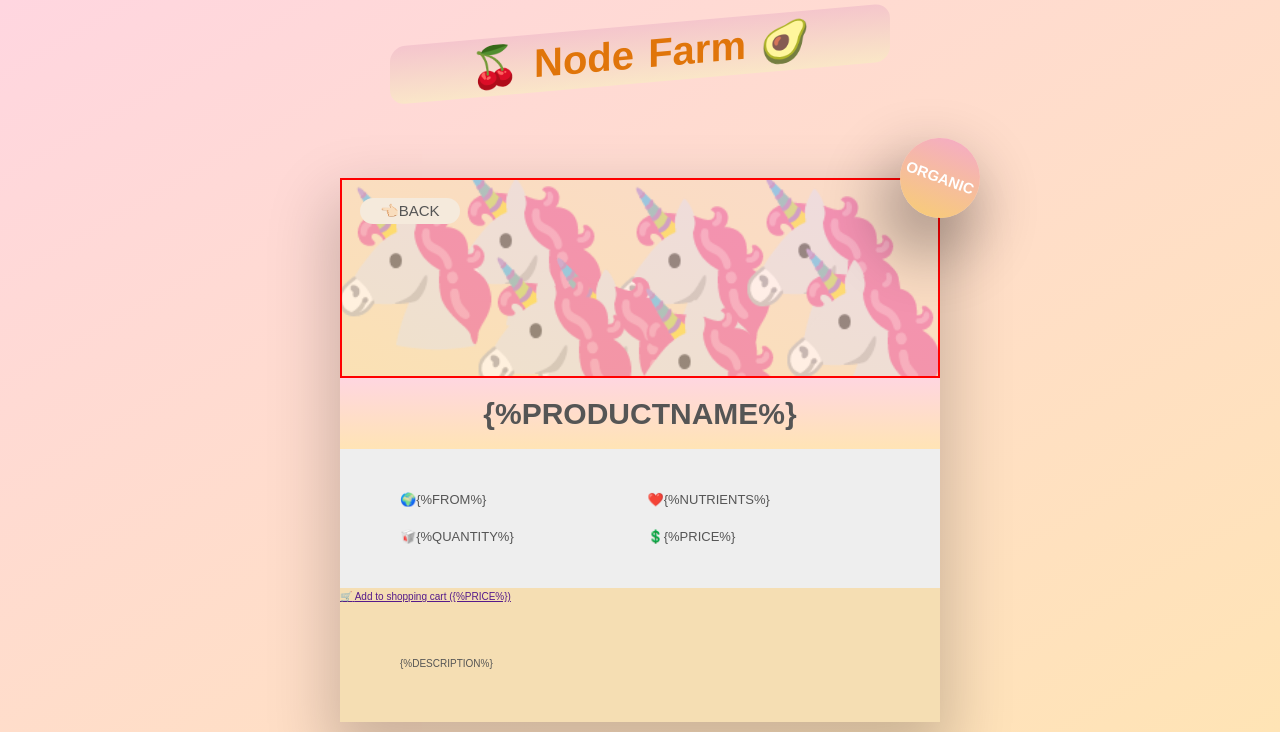
Repository: Kubraaygun/NodeFarm_Backend
Page: templates/product.html
The author's editor kept a copy of each file at every save. The page is drawn from the files as they stood at one save, then again after the next save.
The browser window is 1280 px wide. The pictures show the whole page.

Above is the page before, as saved 2025-09-09 23:06:47.

After the next save:
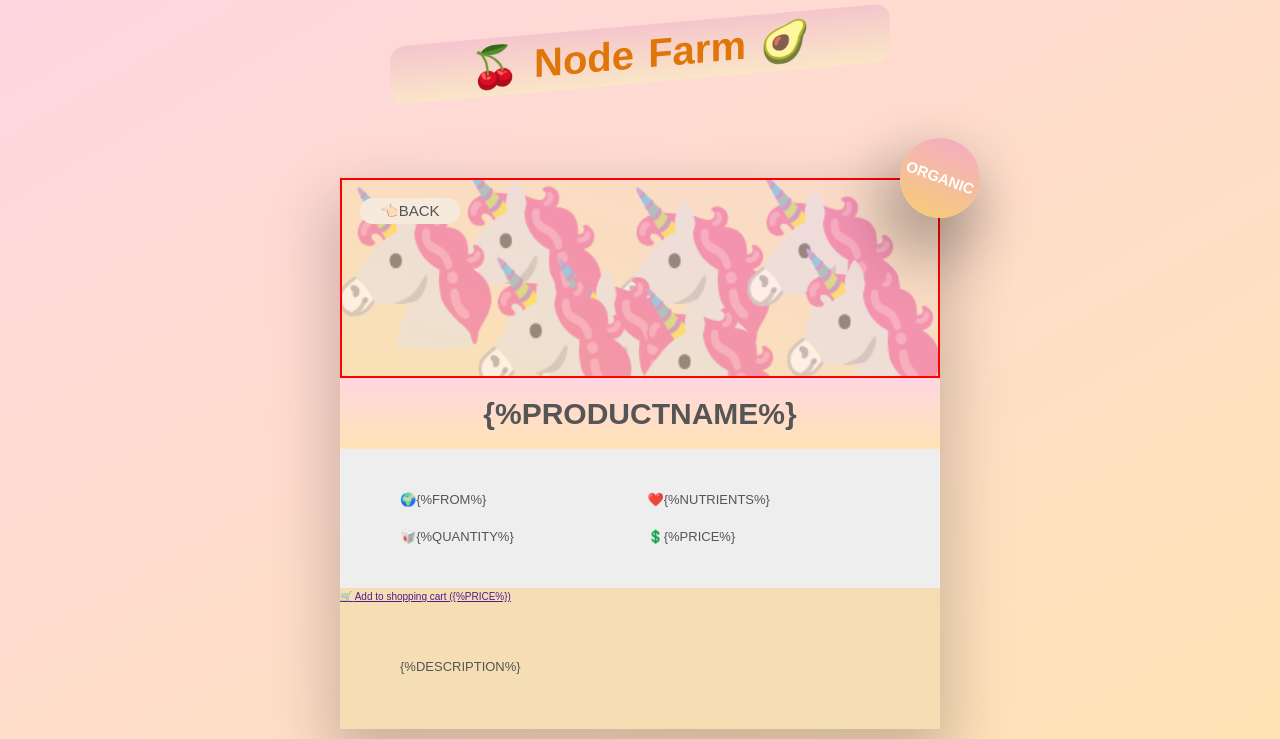
Saved 14 s later.
--- a/templates/product.html
+++ b/templates/product.html
@@ -187,6 +187,8 @@
       }
       .product__description {
         padding: 5rem 6rem;
+        font-size: 1.3rem;
+        line-height: 1.8;
       }
     </style>
   </head>
